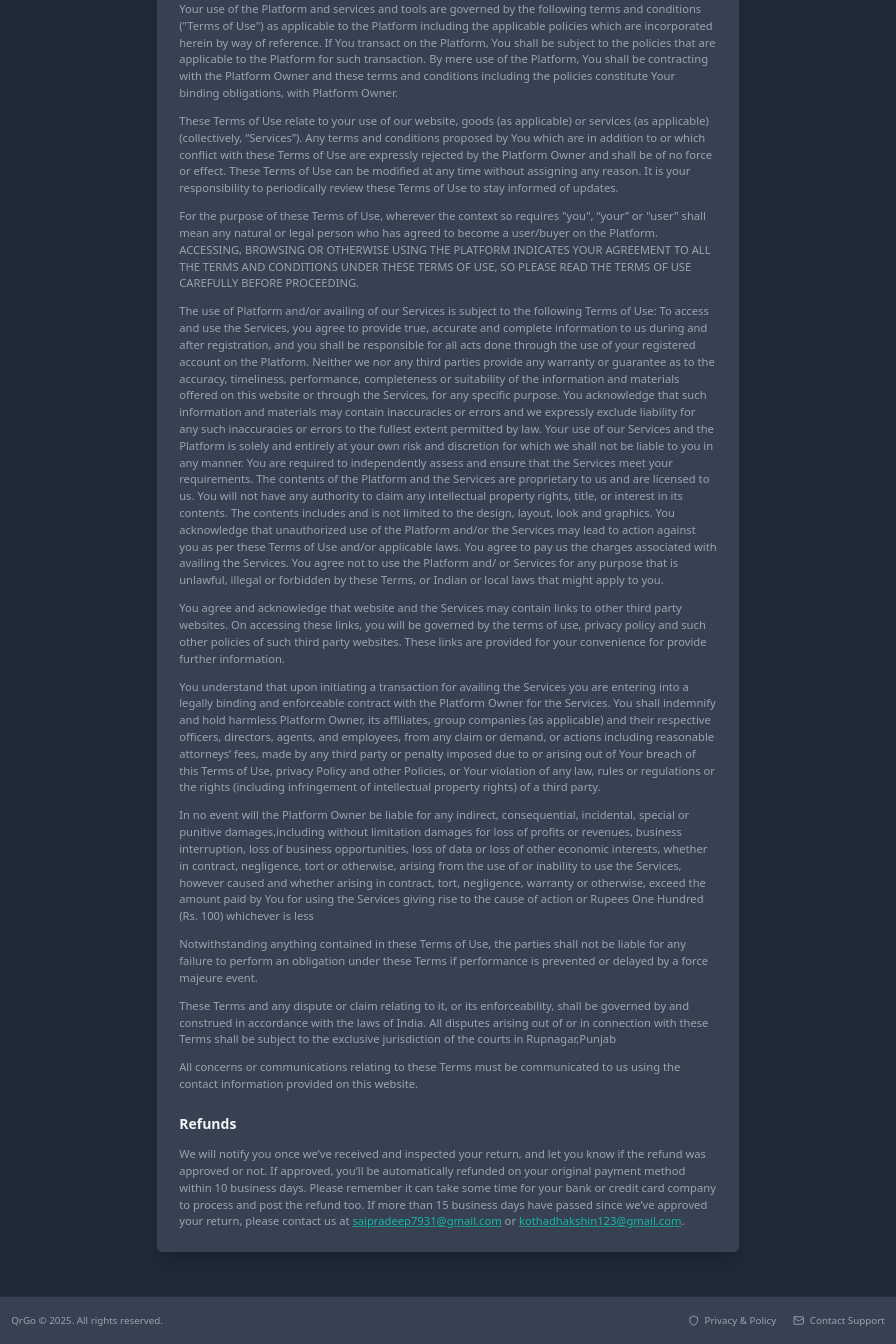
Repository: Dhakshin2007/QrGo
Page: /#/privacy-policy
An editor plug-in stored every save of this project. The page is shown before and after the next save, followed by the edit.
The browser window is 1280 px wide. The pictures show the part of the page from y = 3489 to 5409 px (the page is 5409 px tall), at 70% of full size.
Some web libraries are served in a nearby version. The project was rebuilt for these pictures with package versions that can differ from the ones it lists, and the page was loaded fresh each time. Also part of the build but not shown: vite.config.ts, components/EventCard.tsx, pages/HomePage.tsx, pages/BookingPage.tsx, components/TicketCard.tsx, pages/MyTicketsPage.tsx, services/aiService.ts, pages/AdminPage.tsx.

Above is the page before, as saved 2025-08-10 20:26:34.

### index.html
<!DOCTYPE html>
<html lang="en">
  <head>
    <meta name="description" content="Website Used to Host Events and Book Tickets and Inbuild scanning. If You want to Host an Event, Contact Us." />
<meta name="keywords" content="QrGo , QrGo Startup , Events IIT Ropar,Tickets , District , Paytm , Zomato , Ticket Booking , Event Hosting ,  Telugu Students IIT, IIT Ropar culture, IIT Ropar">
<meta name="author" content="Kotha Dhakshin">
<meta property="og:title" content="QrGo - Event Ticket Hosting Platform" />
<meta property="og:description" content="Official site for QrGo. Events, Bookings, and student details." />
<meta property="og:url" content="https://qrgo-weld.vercel.app/" />
<meta property="og:type" content="website" />
<meta property="og:image" content="#" />

  <meta charset="UTF-8" />
    <link rel="icon" type="image/png" href = "https://i.postimg.cc/qqd3M6cN/Google-AI-Studio-2025-08-09-T14-17-15-618-Z.png" />
    <meta name="viewport" content="width=device-width, initial-scale=1.0" />
    <title>QrGo</title>
    <script src="https://cdn.tailwindcss.com"></script>
    <script>
      tailwind.config = {
        theme: {
          extend: {
            colors: {
              'primary': '#14b8a6', // teal-500
              'primary-focus': '#0d9488', // teal-600
              'background': '#1f2937', // gray-800
              'surface': '#374151', // gray-700
              'on-surface': '#f3f4f6', // gray-200
              'on-surface-secondary': '#9ca3af', // gray-400
              'accent': '#6366f1', // indigo-500
            }
          }
        }
      }
    </script>
    <!-- html5-qrcode library -->
    <script src="https://unpkg.com/html5-qrcode" type="text/javascript"></script>
  <script type="importmap">
{
  "imports": {
    "react-router-dom": "https://esm.sh/react-router-dom@^7.8.0",
    "react-dom/": "https://esm.sh/react-dom@^19.1.1/",
    "react/": "https://esm.sh/react@^19.1.1/",
    "react": "https://esm.sh/react@^19.1.1",
    "lucide-react": "https://esm.sh/lucide-react@^0.539.0",
    "html5-qrcode": "https://esm.sh/html5-qrcode@^2.3.8",
    "qrcode": "https://esm.sh/qrcode@^1.5.4",
    "@supabase/supabase-js": "https://esm.sh/@supabase/supabase-js@2",
    "@google/genai": "https://esm.sh/@google/genai@^1.13.0"
  }
}
</script>
</head>
  <body class="bg-background text-on-surface">
    <div id="root"></div>
    <script type="module" src="/index.tsx"></script>
  </body>
</html>

### pages/PrivacyPolicyPage.tsx


import React from 'react';
import * as ReactRouterDOM from 'react-router-dom';
import { ArrowLeft } from 'lucide-react';

// Reusable component for the branded link to keep the JSX clean.
const QrGoLink = () => (
    <a href="https://qrgo-weld.vercel.app/" target="_blank" rel="noopener noreferrer" className="font-bold text-primary hover:underline">QrGo</a>
);

const PrivacyPolicyPage: React.FC = () => {
  return (
    <div className="max-w-4xl mx-auto animate-fade-in p-4 sm:p-6 lg:p-8">
      <ReactRouterDOM.Link to="/" className="flex items-center gap-2 mb-6 text-primary hover:underline">
          <ArrowLeft size={16} /> Back to Events
       </ReactRouterDOM.Link>
      <div className="bg-surface rounded-lg shadow-xl p-8">
        <h1 className="text-3xl font-bold mb-6 border-b border-background pb-4 text-on-surface">Privacy Policy &amp; Terms</h1>

        <div className="space-y-8 text-on-surface-secondary">

            <section className="space-y-4">
                <h2 className="text-2xl font-bold text-on-surface">Privacy Policy</h2>
                <p>WE DO NOT OFFER ANY CANCELLATION OR REFUND. THIS WEBSITE IS OPERATED BY <b>Dhakshin Kotha & Pathuri Sai Pradeep Chand </b></p>

                <h3 className="text-xl font-semibold text-on-surface">Introduction</h3>
                <p>This Privacy Policy describes how and its affiliates (collectively "<QrGoLink />, we, our, us") collect, use, share, protect or otherwise process your information/ personal data through our website <QrGoLink />(hereinafter referred to as Platform). Please note that you may be able to browse certain sections of the Platform without registering with us.We do not offer any product/service under this Platform outside India and your personal data will primarily be stored and processed in India. By visiting this Platform, providing your information or availing any product/service offered on the Platform, you expressly agree to be bound by the terms and conditions of this Privacy Policy, the Terms of Use and the applicable service/product terms and conditions, and agree to be governed by the laws of India including but not limited to the laws applicable to data protection and privacy. If you do not agree please do not use or access our Platform.</p>

                <h3 className="text-xl font-semibold text-on-surface">Collection</h3>
                <p>We collect your personal data when you use our Platform, services or otherwise interact with us during the course of our relationship.and related information provided from time to time. Some of the information that we may collect includes but is not limited to personal data / information provided to us during sign up/registering or using our Platform such as name, date of birth, address, telephone/mobile number, email IDand/or any such information shared as proof of identity or address. Some of the sensitive personal data may be collected with your consent, such as your bank account or credit or debit card or other payment instrument information or biometric information such as your facial features or physiological information (in order to enable use of certain features when opted for, available on the Platform) etc all of the above being in accordance with applicable law(s) You always have the option to not provide information, by choosing not to use a particular service or feature on the Platform. We may track your behaviour, preferences, and other information that you choose to provide on our Platform. This information is compiled and analysed on an aggregated basis. We will also collect your information related to your transactions on Platform and such third-party business partner platforms. When such a third-party business partner collects your personal data directly from you, you will be governed by their privacy policies. We shall not be responsible for the thirdparty business partner’s privacy practices or the content of their privacy policies, and we request you to read their privacy policies prior to disclosing any information. If you receive an email, a call from a person/association claiming to be seeking any personal data like debit/credit card PIN, net-banking or mobile banking password, we request you to never provide such information. If you have already revealed such information, report it immediately to an appropriate law enforcement agency.</p>

                <h3 className="text-xl font-semibold text-on-surface">Usage</h3>
                <p>We use personal data to provide the services you request. To the extent we use your personal data to market to you, we will provide you the ability to opt-out of such uses. We use your personal data to assist sellers and business partners in handling and fulfilling orders; enhancing customer experience; to resolve disputes; troubleshoot problems; inform you about online and offline offers, products, services, and updates; customise your experience; detect and protect us against error, fraud and other criminal activity; enforce our terms and conditions; conduct marketing research, analysis and surveys; and as otherwise described to you at the time of collection of information. You understand that your access to these products/services may be affected in the event permission is not provided to us.</p>

                <h3 className="text-xl font-semibold text-on-surface">Sharing</h3>
                <p>We may share your personal data internally within our group entities, our other corporate entities, and affiliates to provide you access to the services and products offered by them. These entities and affiliates may market to you as a result of such sharing unless you explicitly opt-out. We may disclose personal data to third parties such as sellers, business partners, third party service providers including logistics partners, prepaid payment instrument issuers, third-party reward programs and other payment opted by you. These disclosure may be required for us to provide you access to our services and products offered to you, to comply with our legal obligations, to enforce our user agreement, to facilitate our marketing and advertising activities, to prevent, detect, mitigate, and investigate fraudulent or illegal activities related to our services. We may disclose personal and sensitive personal data to government agencies or other authorised law enforcement agencies if required to do so by law or in the good faith belief that such disclosure is reasonably necessary to respond to subpoenas, court orders, or other legal process. We may disclose personal data to law enforcement offices, third party rights owners, or others in the good faith belief that such disclosure is reasonably necessary to: enforce our Terms of Use or Privacy Policy; respond to claims that an advertisement, posting or other content violates the rights of a third party; or protect the rights, property or personal safety of our users or the general public.</p>

                <h3 className="text-xl font-semibold text-on-surface">Security Precautions</h3>
                <p>To protect your personal data from unauthorised access or disclosure, loss or misuse we adopt reasonable security practices and procedures. Once your information is in our possession or whenever you access your account information, we adhere to our security guidelines to protect it against unauthorised access and offer the use of a secure server. However, the transmission of information is not completely secure for reasons beyond our control. By using the Platform, the users accept the security implications of data transmission over the internet and the World Wide Web which cannot always be guaranteed as completely secure, and therefore, there would always remain certain inherent risks regarding use of the Platform. Users are responsible for ensuring the protection of login and password records for their account.</p>

                <h3 className="text-xl font-semibold text-on-surface">Data Deletion and Retention</h3>
                <p>You have an option to delete your account by visiting your profile and settings on our Platform , this action would result in you losing all information related to your account. You may also write to us at the contact information provided below to assist you with these requests. We may in event of any pending grievance, claims, pending shipments or any other services we may refuse or delay deletion of the account. Once the account is deleted, you will lose access to the account. We retain your personal data information for a period no longer than is required for the purpose for which it was collected or as required under any applicable law. However, we may retain data related to you if we believe it may be necessary to prevent fraud or future abuse or for other legitimate purposes. We may continue to retain your data in anonymised form for analytical and research purposes.</p>

                <h3 className="text-xl font-semibold text-on-surface">Your Rights</h3>
                <p>You may access, rectify, and update your personal data directly through the functionalities provided on the Platform.</p>

                <h3 className="text-xl font-semibold text-on-surface">Consent</h3>
                <p>By visiting our Platform or by providing your information, you consent to the collection, use, storage, disclosure and otherwise processing of your information on the Platform in accordance with this Privacy Policy. If you disclose to us any personal data relating to other people, you represent that you have the authority to do so and permit us to use the information in accordance with this Privacy Policy. You, while providing your personal data over the Platform or any partner platforms or establishments, consent to us (including our other corporate entities, affiliates, lending partners, technology partners, marketing channels, business partners and other third parties) to contact you through SMS, instant messaging apps, call and/or e-mail for the purposes specified in this Privacy Policy. You have an option to withdraw your consent that you have already provided by writing to the Grievance Officer at the contact information provided below. Please mention “Withdrawal of consent for processing personal data” in your subject line of your communication. We may verify such requests before acting on our request. However, please note that your withdrawal of consent will not be retrospective and will be in accordance with the Terms of Use, this Privacy Policy, and applicable laws. In the event you withdraw consent given to us under this Privacy Policy, we reserve the right to restrict or deny the provision of our services for which we consider such information to be necessary.</p>

                <h3 className="text-xl font-semibold text-on-surface">Changes to this Privacy Policy</h3>
                <p>Please check our Privacy Policy periodically for changes. We may update this Privacy Policy to reflect changes to our information practices. We may alert / notify you about the significant changes to the Privacy Policy, in the manner as may be required under applicable laws.</p>
            </section>

            <section className="space-y-4">
                <h2 className="text-2xl font-bold text-on-surface">Terms &amp; Conditions</h2>
                <p>This document is an electronic record in terms of Information Technology Act, 2000 and rules there under as applicable and the amended provisions pertaining to electronic records in various statutes as amended by the Information Technology Act, 2000. This electronic record is generated by a computer system and does not require any physical or digital signatures. This document is published in accordance with the provisions of Rule 3 (1) of the Information Technology (Intermediaries guidelines) Rules, 2011 that require publishing the rules and regulations, privacy policy and Terms of Use for access or usage of domain name <QrGoLink />, including the related mobile site and mobile application (hereinafter referred to as “Platform”). The Platform is owned by <QrGoLink />, a company incorporated under the Companies Act, 1956 with its registered office at IIT ROPAR (hereinafter referred to as "Platform Owner", “we”, “us”, “our”).</p>
                <p>Your use of the Platform and services and tools are governed by the following terms and conditions ("Terms of Use") as applicable to the Platform including the applicable policies which are incorporated herein by way of reference. If You transact on the Platform, You shall be subject to the policies that are applicable to the Platform for such transaction. By mere use of the Platform, You shall be contracting with the Platform Owner and these terms and conditions including the policies constitute Your binding obligations, with Platform Owner.</p>
                <p>These Terms of Use relate to your use of our website, goods (as applicable) or services (as applicable) (collectively, “Services”). Any terms and conditions proposed by You which are in addition to or which conflict with these Terms of Use are expressly rejected by the Platform Owner and shall be of no force or effect. These Terms of Use can be modified at any time without assigning any reason. It is your responsibility to periodically review these Terms of Use to stay informed of updates.</p>
                <p>For the purpose of these Terms of Use, wherever the context so requires "you", “your” or "user" shall mean any natural or legal person who has agreed to become a user/buyer on the Platform. ACCESSING, BROWSING OR OTHERWISE USING THE PLATFORM INDICATES YOUR AGREEMENT TO ALL THE TERMS AND CONDITIONS UNDER THESE TERMS OF USE, SO PLEASE READ THE TERMS OF USE CAREFULLY BEFORE PROCEEDING.</p>
                <p>The use of Platform and/or availing of our Services is subject to the following Terms of Use: To access and use the Services, you agree to provide true, accurate and complete information to us during and after registration, and you shall be responsible for all acts done through the use of your registered account on the Platform. Neither we nor any third parties provide any warranty or guarantee as to the accuracy, timeliness, performance, completeness or suitability of the information and materials offered on this website or through the Services, for any specific purpose. You acknowledge that such information and materials may contain inaccuracies or errors and we expressly exclude liability for any such inaccuracies or errors to the fullest extent permitted by law. Your use of our Services and the Platform is solely and entirely at your own risk and discretion for which we shall not be liable to you in any manner. You are required to independently assess and ensure that the Services meet your requirements. The contents of the Platform and the Services are proprietary to us and are licensed to us. You will not have any authority to claim any intellectual property rights, title, or interest in its contents. The contents includes and is not limited to the design, layout, look and graphics. You acknowledge that unauthorized use of the Platform and/or the Services may lead to action against you as per these Terms of Use and/or applicable laws. You agree to pay us the charges associated with availing the Services. You agree not to use the Platform and/ or Services for any purpose that is unlawful, illegal or forbidden by these Terms, or Indian or local laws that might apply to you.</p>
                <p>You agree and acknowledge that website and the Services may contain links to other third party websites. On accessing these links, you will be governed by the terms of use, privacy policy and such other policies of such third party websites. These links are provided for your convenience for provide further information.</p>
                <p>You understand that upon initiating a transaction for availing the Services you are entering into a legally binding and enforceable contract with the Platform Owner for the Services. You shall indemnify and hold harmless Platform Owner, its affiliates, group companies (as applicable) and their respective officers, directors, agents, and employees, from any claim or demand, or actions including reasonable attorneys’ fees, made by any third party or penalty imposed due to or arising out of Your breach of this Terms of Use, privacy Policy and other Policies, or Your violation of any law, rules or regulations or the rights (including infringement of intellectual property rights) of a third party.</p>
                <p>In no event will the Platform Owner be liable for any indirect, consequential, incidental, special or punitive damages,including without limitation damages for loss of profits or revenues, business interruption, loss of business opportunities, loss of data or loss of other economic interests, whether in contract, negligence, tort or otherwise, arising from the use of or inability to use the Services, however caused and whether arising in contract, tort, negligence, warranty or otherwise, exceed the amount paid by You for using the Services giving rise to the cause of action or Rupees One Hundred (Rs. 100) whichever is less</p>
                <p>Notwithstanding anything contained in these Terms of Use, the parties shall not be liable for any failure to perform an obligation under these Terms if performance is prevented or delayed by a force majeure event.</p>
                <p>These Terms and any dispute or claim relating to it, or its enforceability, shall be governed by and construed in accordance with the laws of India. All disputes arising out of or in connection with these Terms shall be subject to the exclusive jurisdiction of the courts in Rupnagar,Punjab</p>
                <p>All concerns or communications relating to these Terms must be communicated to us using the contact information provided on this website.</p>
            </section>

            {/* <section className="space-y-4">
                <h2 className="text-2xl font-bold text-on-surface">Shipping Policy</h2>

                <h3 className="text-xl font-semibold text-on-surface">Processing Time</h3>
                <p>All orders are delivered within 2-3 business days. Orders are not shipped or delivered on weekends or holidays. If we are experiencing a high volume of orders, shipments may be delayed by a few days. Please allow additional days in transit for delivery. If there will be a significant delay in the shipment of your order, we will contact you via email or phone.</p>

                <h3 className="text-xl font-semibold text-on-surface">Shipping Time</h3>
                <p>Domestic Shipping: Orders will be delivered within 3 to 4 weeks from the date of order confirmation. Please note that delivery times may be affected by factors beyond our control, such as weather conditions, customs delays, and other unforeseen circumstances.</p>
            </section>

            <section className="space-y-4">
                <h2 className="text-2xl font-bold text-on-surface">Return and Refund policy</h2>

                <h3 className="text-xl font-semibold text-on-surface">Return</h3>
                <p>We have a 5-day return policy, which means you have 5 days after receiving your item to request a return. Once the return product is received it will be inspected and the return will be approved within 2 days</p>

                 */}
            <section className="space-y-4">
  <h3 className="text-xl font-semibold text-on-surface">Refunds</h3>
  <p>
    We will notify you once we’ve received and inspected your return, and let you know if the refund was approved or not.
    If approved, you’ll be automatically refunded on your original payment method within 10 business days.
    Please remember it can take some time for your bank or credit card company to process and post the refund too.
    If more than 15 business days have passed since we’ve approved your return, please contact us at{" "}
    <a
      href="mailto:saipradeep7931@gmail.com"
      className="text-primary underline hover:text-primary-dark"
    >
      saipradeep7931@gmail.com
    </a>{" "}
    or{" "}
    <a
      href="mailto:kothadhakshin123@gmail.com"
      className="text-primary underline hover:text-primary-dark"
    >
      kothadhakshin123@gmail.com
    </a>.
  </p>
</section>

        </div>
      </div>
    </div>
  );
};

export default PrivacyPolicyPage;

Loaded but not shown: services/db.ts (374 lines, source omitted); constants.ts (95 lines, source omitted); services/supabaseClient.ts (141 lines, source omitted); App.tsx (111 lines, source omitted); contexts/AuthContext.tsx (76 lines, source omitted); components/Header.tsx (53 lines, source omitted); contexts/ToastContext.tsx (48 lines, source omitted); components/Toast.tsx (39 lines, source omitted); types.ts (49 lines, source omitted); index.tsx (18 lines, source omitted)

After the next save:
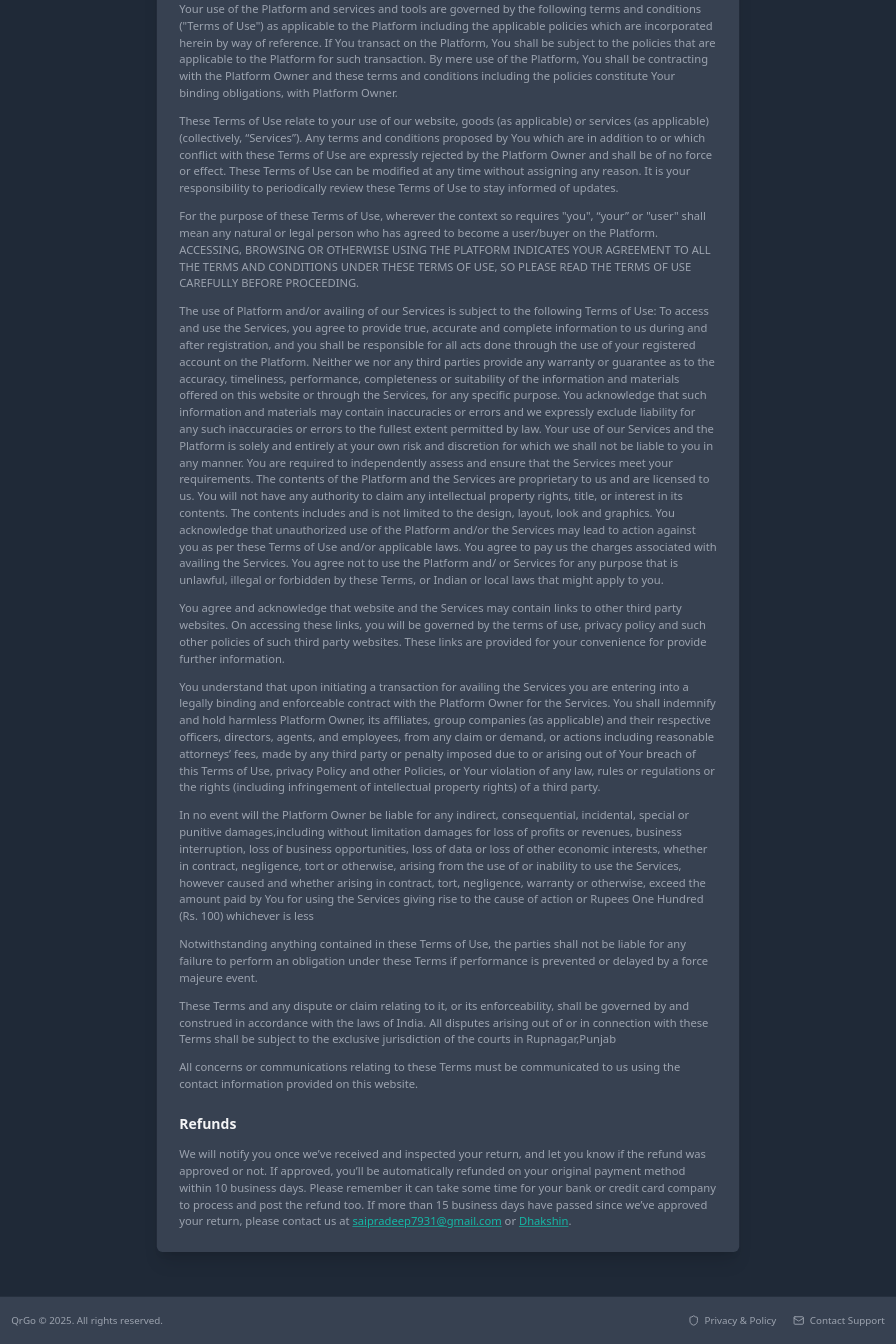
Saved 14 s later.
--- a/pages/PrivacyPolicyPage.tsx
+++ b/pages/PrivacyPolicyPage.tsx
@@ -102,7 +102,7 @@
       href="mailto:kothadhakshin123@gmail.com"
       className="text-primary underline hover:text-primary-dark"
     >
-      kothadhakshin123@gmail.com
+      Dhakshin
     </a>.
   </p>
 </section>
